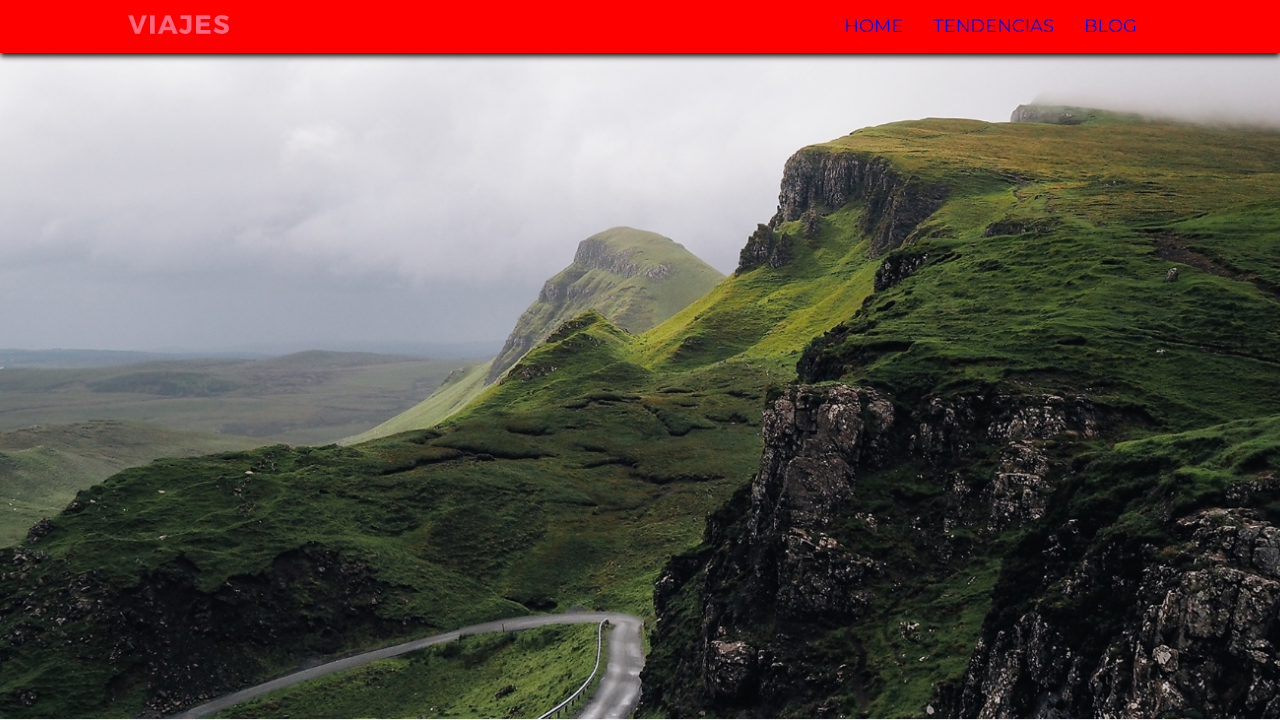
Repository: agustin-mesa/viajes
Page: /
These files come from the project's save history. The page is drawn as it stood at one moment and after the next save; the edit follows.
The browser window is 1280 px wide. The pictures show the whole page.
The project was rebuilt for these pictures with package versions that can differ from the ones it lists, and the page was loaded fresh each time. Also part of the build but not shown: src/components/styles/colors.module.scss.

Above is the page before, as saved 2021-11-11 18:20:59.

### public/index.html
<!DOCTYPE html>
<html lang="es">
  <head>
    <meta charset="utf-8" />
    <meta name="viewport" content="width=device-width, initial-scale=1" />
    <meta name="theme-color" content="#000000" />
    <meta
      name="description"
      content="Web site created using create-react-app"
    />
    <title>React App</title>
  </head>
  <body>
    <noscript>You need to enable JavaScript to run this app.</noscript>
    <div id="root"></div>
  </body>
</html>

### src/index.js
import React from "react";
import ReactDOM from "react-dom";
import App from "./App";
import "./index.css";

const Index = () => {
  return <App />;
};

ReactDOM.render(<Index />, document.getElementById("root"));

### src/App.js
import React from "react";
import { BrowserRouter } from "react-router-dom";
import Header from "./components/Header";
import Home from "./pages/Home";

const App = () => {
  return (
    <>
      <BrowserRouter>
        <Header />
        <Home />
      </BrowserRouter>
    </>
  );
};

export default App;

### src/index.css
@import url("https://fonts.googleapis.com/css2?family=Montserrat:wght@100;200;300;400;500;600;700&display=swap");

* {
  margin: 0;
  padding: 0;
  list-style: none;
  text-decoration: none;
  border: none;
  outline: none;
}

body {
  margin: 0;
  -webkit-font-smoothing: antialiased;
  -moz-osx-font-smoothing: grayscale;
  font-family: "Montserrat", sans-serif;
}

code {
  font-family: source-code-pro, Menlo, Monaco, Consolas, "Courier New",
    monospace;
}

### src/components/Header.js
import React from "react";
import { NavLink } from "react-router-dom";
import styled from "styled-components";

// Colors
import * as colors from "./styles/colors.module.scss";

// LOGO
import logo from "../Assets/logo/logo_01.svg";

const Header = () => {
  return (
    <ContainerHeader>
      <nav>
        <div className="header__logo">
          <NavLink to="#">
            <img src={logo} alt="Viajes" />
          </NavLink>
        </div>
        <ul>
          <li>
            <NavLink to="#">HOME</NavLink>
          </li>
          <li>
            <NavLink to="#">TENDENCIAS</NavLink>
          </li>
          <li>
            <NavLink to="#">BLOG</NavLink>
          </li>
        </ul>
      </nav>
    </ContainerHeader>
  );
};

const ContainerHeader = styled.header`
  position: fixed;
  top: 0;
  left: 0;
  right: 0;
  background: red;
  background: ${colors.white};
  box-shadow: 0px 3px 6px ${colors.blackOpac};
  nav {
    display: flex;
    flex-direction: row;
    justify-content: space-between;
    align-items: center;
    padding: 15px 10%;
    ul {
      display: flex;
      flex-direction: row;
      justify-content: flex-end;
      align-items: center;
      width: 100%;
      li a {
        padding: 15px 15px;
        font: normal normal normal 18px/13px Montserrat;
        color: ${colors.blueRelax};
        transition: all 0.2s ease;
      }
      li a:hover {
        color: ${colors.darkblue};
      }
    }
  }
`;

export default Header;

### src/pages/Home.js
import React from "react";
import styled from "styled-components";

// IMG
import viajesHero from "../Assets/img/Viajes_Hero.jpg";

const Home = () => {
  return <ContainerHome>s</ContainerHome>;
};

const ContainerHome = styled.div`
  width: 100%;
  height: 100vh;
  background-image: url(${viajesHero});
  background-size: cover;
  background-position: center;
`;

export default Home;

After the next save:
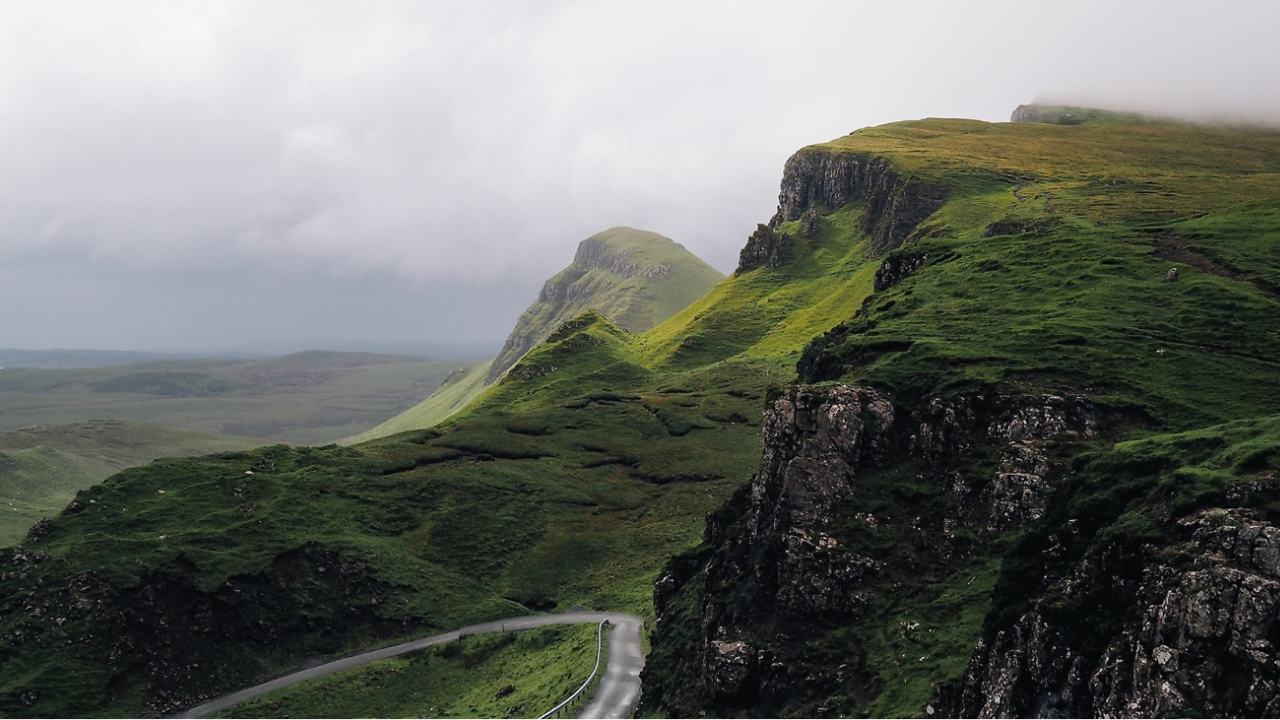
Saved 7 min 3 s later.
--- a/src/pages/Home.js
+++ b/src/pages/Home.js
@@ -5,10 +5,15 @@
 import viajesHero from "../Assets/img/Viajes_Hero.jpg";
 
 const Home = () => {
-  return <ContainerHome>s</ContainerHome>;
+  return (
+    <ContainerHome>
+      <div className="home__hero-wrapper"></div>
+    </ContainerHome>
+  );
 };
 
 const ContainerHome = styled.div`
+  position: relative;
   width: 100%;
   height: 100vh;
   background-image: url(${viajesHero});

After the 3 saves that followed:
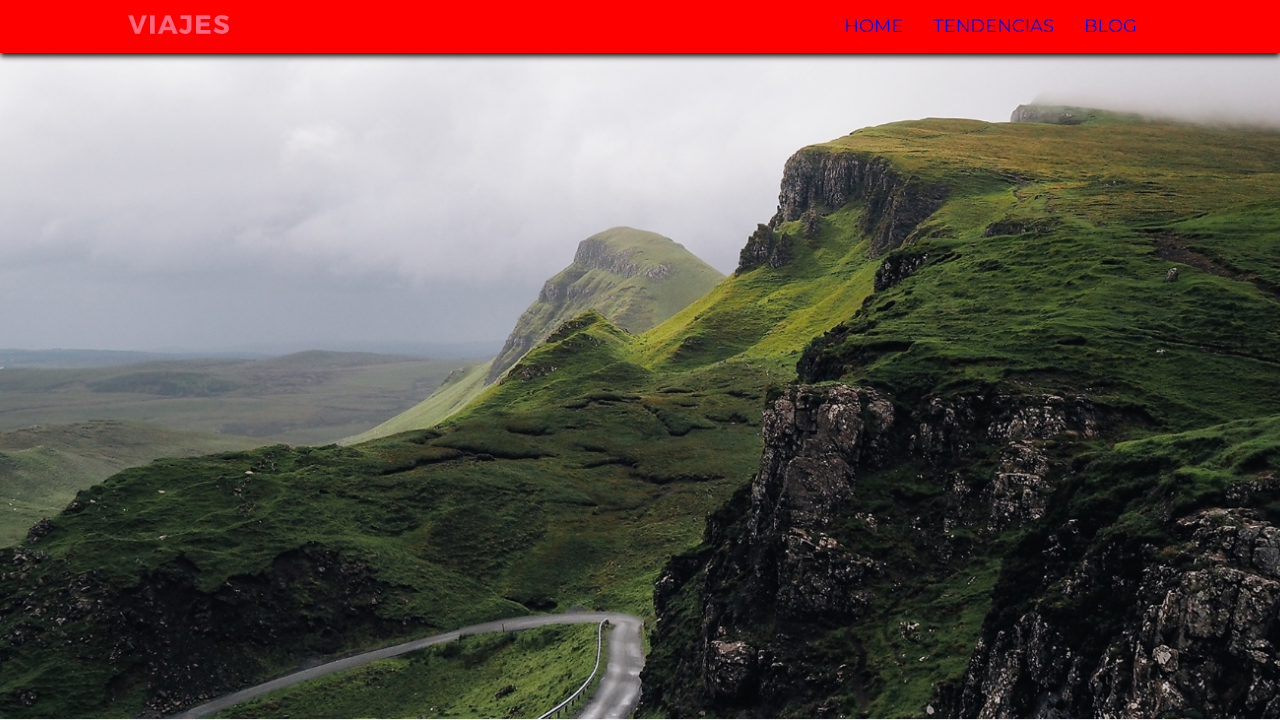
The 3 saves are shown as one change because 2 left the picture as it was.
The last was saved 4 min 44 s later.
--- a/src/components/Header.js
+++ b/src/components/Header.js
@@ -38,6 +38,7 @@ const ContainerHeader = styled.header`
   top: 0;
   left: 0;
   right: 0;
+  z-index: 999;
   background: red;
   background: ${colors.white};
   box-shadow: 0px 3px 6px ${colors.blackOpac};
--- a/src/pages/Home.js
+++ b/src/pages/Home.js
@@ -7,7 +7,9 @@
 const Home = () => {
   return (
     <ContainerHome>
-      <div className="home__hero-wrapper"></div>
+      <HeroWrapper>
+        <div className="hero__title"></div>
+      </HeroWrapper>
     </ContainerHome>
   );
 };
@@ -21,4 +23,9 @@
   background-position: center;
 `;
 
+const HeroWrapper = styled.div`
+  position: absolute;
+  background: red;
+`;
+
 export default Home;
